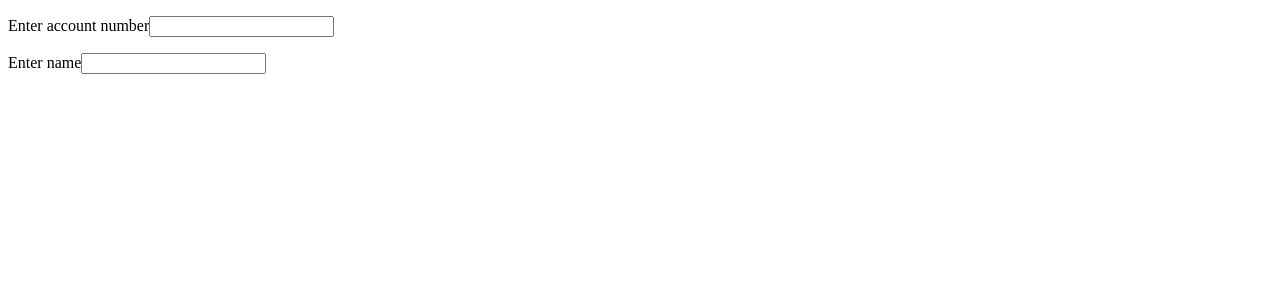
Repository: abhinavan/BankAccountProject
Page: http://localhost/BankAccountProject/
The author's editor kept a copy of each file at every save. The page is drawn from the files as they stood at one save, then again after the next save.
The browser window is 1280 px wide. The pictures show the whole page.
The page is served by Tomcat 9.

Above is the page before, as saved 2016-08-09 09:56:49.

After the next save:
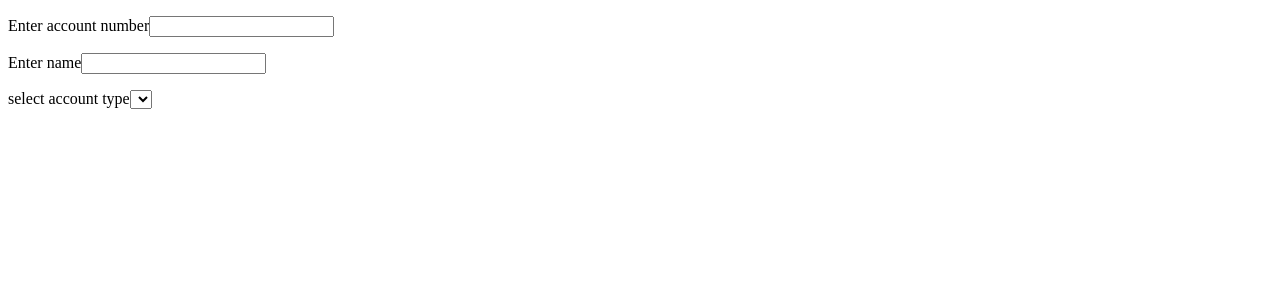
Saved 91 s later.
--- a/BankAccountProject/WebContent/index.jsp
+++ b/BankAccountProject/WebContent/index.jsp
@@ -10,6 +10,9 @@
 <form action="Validate" method="post">
 <p><label>Enter account number</label><input type="number" name="accNo"/></p>
 <p><label>Enter name</label><input type="text" name="name"/></p>
+<p><label>select account type</label><select><option name="savings">
+											 <option name="current">
+									</select></p>
 </form>
 </body>
 </html>
